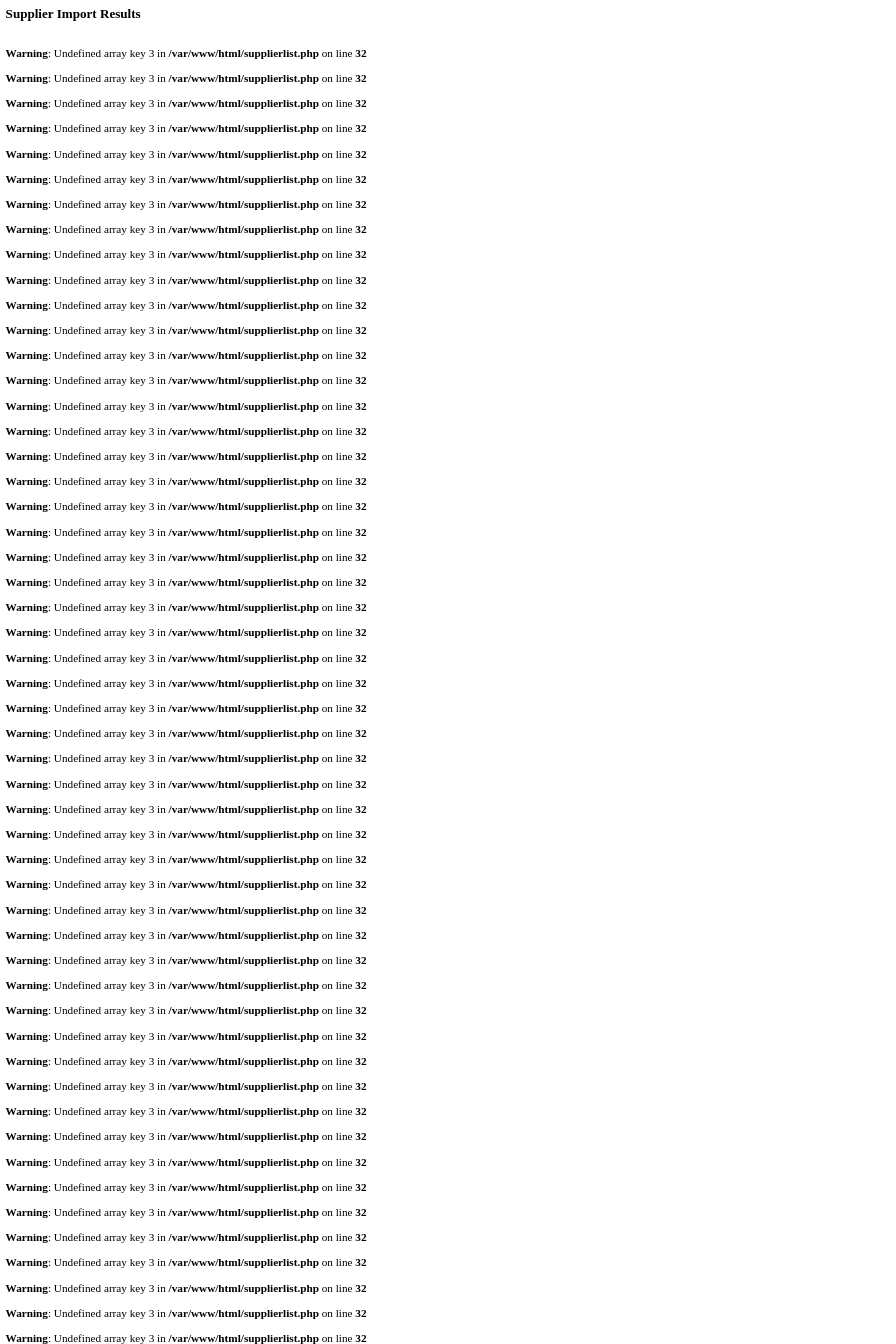
Repository: Asela054/TransFood
Page: http://localhost/database/supplierlist.php
An editor plug-in stored every save of this project. The page is shown before and after the next save, followed by the edit.
The browser window is 1280 px wide. The pictures show the part of the page from y = 0 to 1920 px (the page is 82965 px tall before and 58173 px after), at 70% of full size.
The page is run by PHP 8.4 with error messages shown; the project is at /var/www/html/. Queries for data that is not in the repository find no rows.

Above is the page before, as saved 2025-10-29 10:39:24.

### supplierlist.php
<?php
// --- Database connection ---
$servername = "localhost";
$username = "root"; // change if needed
$password = ""; // change if needed
$dbname = "erav_transfood"; // change to your database name

$conn = new mysqli($servername, $username, $password, $dbname);
if ($conn->connect_error) {
    die("Database Connection Failed: " . $conn->connect_error);
}

// --- CSV file path ---
$csvFile = 'productlist.csv'; // <-- change to your CSV filename

if (!file_exists($csvFile)) {
    die("CSV file not found.");
}

// --- Open CSV file ---
if (($handle = fopen($csvFile, "r")) !== FALSE) {
    // assuming tab-separated (\t)
    $header = fgetcsv($handle, 1000, "\t");
    // if comma-separated, replace "\t" with ","

    echo "<h3>Supplier Import Results</h3>";
    echo "<table border='1' cellpadding='5'>
            <tr><th>Supplier Name</th><th>Status</th></tr>";

    while (($data = fgetcsv($handle, 1000, "\t")) !== FALSE) {
        // Pref Vendor column index = 3
        $prefVendor = trim($data[3]);

        if ($prefVendor != "") {
            // --- Check if supplier already exists ---
            $checkStmt = $conn->prepare("SELECT suppliername FROM tbl_supplier WHERE suppliername = ?");
            $checkStmt->bind_param("s", $prefVendor);
            $checkStmt->execute();
            $result = $checkStmt->get_result();

            if ($result->num_rows > 0) {
                echo "<tr><td>{$prefVendor}</td><td style='color:green;'>Already Exists</td></tr>";
            } else {
                // --- Insert new supplier with country='Sri Lanka' ---
                $insertStmt = $conn->prepare("
                    INSERT INTO tbl_supplier (suppliername, status, insertdatetime, remark)
                    VALUES (?, '1', NOW(), 'Sri Lanka')
                ");
                $insertStmt->bind_param("s", $prefVendor);
                if ($insertStmt->execute()) {
                    echo "<tr><td>{$prefVendor}</td><td style='color:blue;'>Inserted</td></tr>";
                } else {
                    echo "<tr><td>{$prefVendor}</td><td style='color:red;'>Insert Failed: {$conn->error}</td></tr>";
                }
                $insertStmt->close();
            }

            $checkStmt->close();
        }
    }

    echo "</table>";
    fclose($handle);
}

$conn->close();
?>

Loaded but not shown: productlist.csv (2303 lines, source omitted)

After the next save:
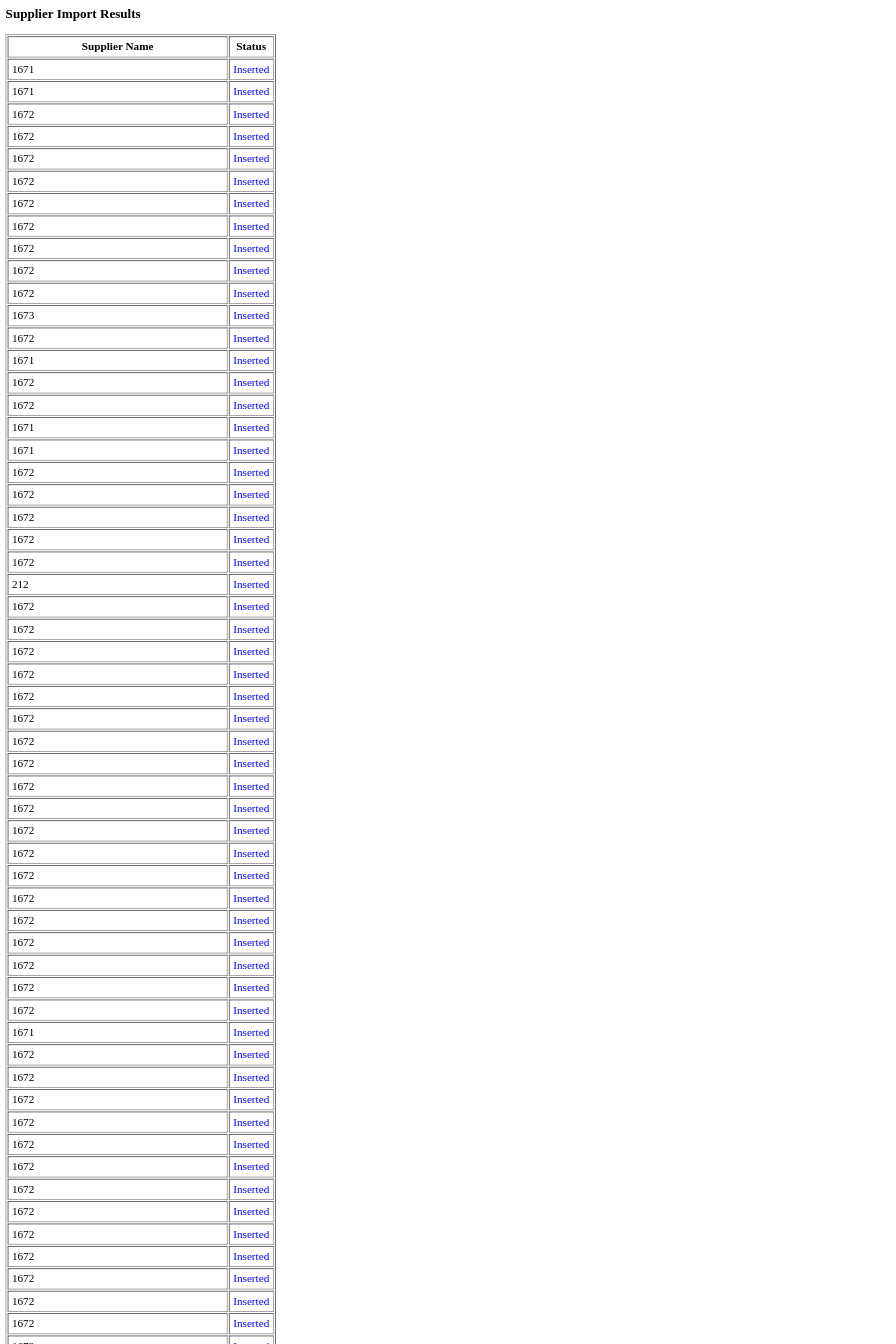
Saved 2 min 3 s later.
--- a/supplierlist.php
+++ b/supplierlist.php
@@ -19,17 +19,28 @@ if (!file_exists($csvFile)) {
 
 // --- Open CSV file ---
 if (($handle = fopen($csvFile, "r")) !== FALSE) {
-    // assuming tab-separated (\t)
+    // detect separator (try tab first)
     $header = fgetcsv($handle, 1000, "\t");
-    // if comma-separated, replace "\t" with ","
+    if (count($header) < 2) {
+        // if very few columns, probably comma separated
+        rewind($handle);
+        $header = fgetcsv($handle, 1000, ",");
+        $delimiter = ",";
+    } else {
+        $delimiter = "\t";
+    }
 
     echo "<h3>Supplier Import Results</h3>";
     echo "<table border='1' cellpadding='5'>
             <tr><th>Supplier Name</th><th>Status</th></tr>";
 
-    while (($data = fgetcsv($handle, 1000, "\t")) !== FALSE) {
-        // Pref Vendor column index = 3
-        $prefVendor = trim($data[3]);
+    while (($data = fgetcsv($handle, 1000, $delimiter)) !== FALSE) {
+        // check that the Pref Vendor column (index 3) exists
+        if (isset($data[3])) {
+            $prefVendor = trim($data[3]);
+        } else {
+            continue; // skip invalid rows
+        }
 
         if ($prefVendor != "") {
             // --- Check if supplier already exists ---
